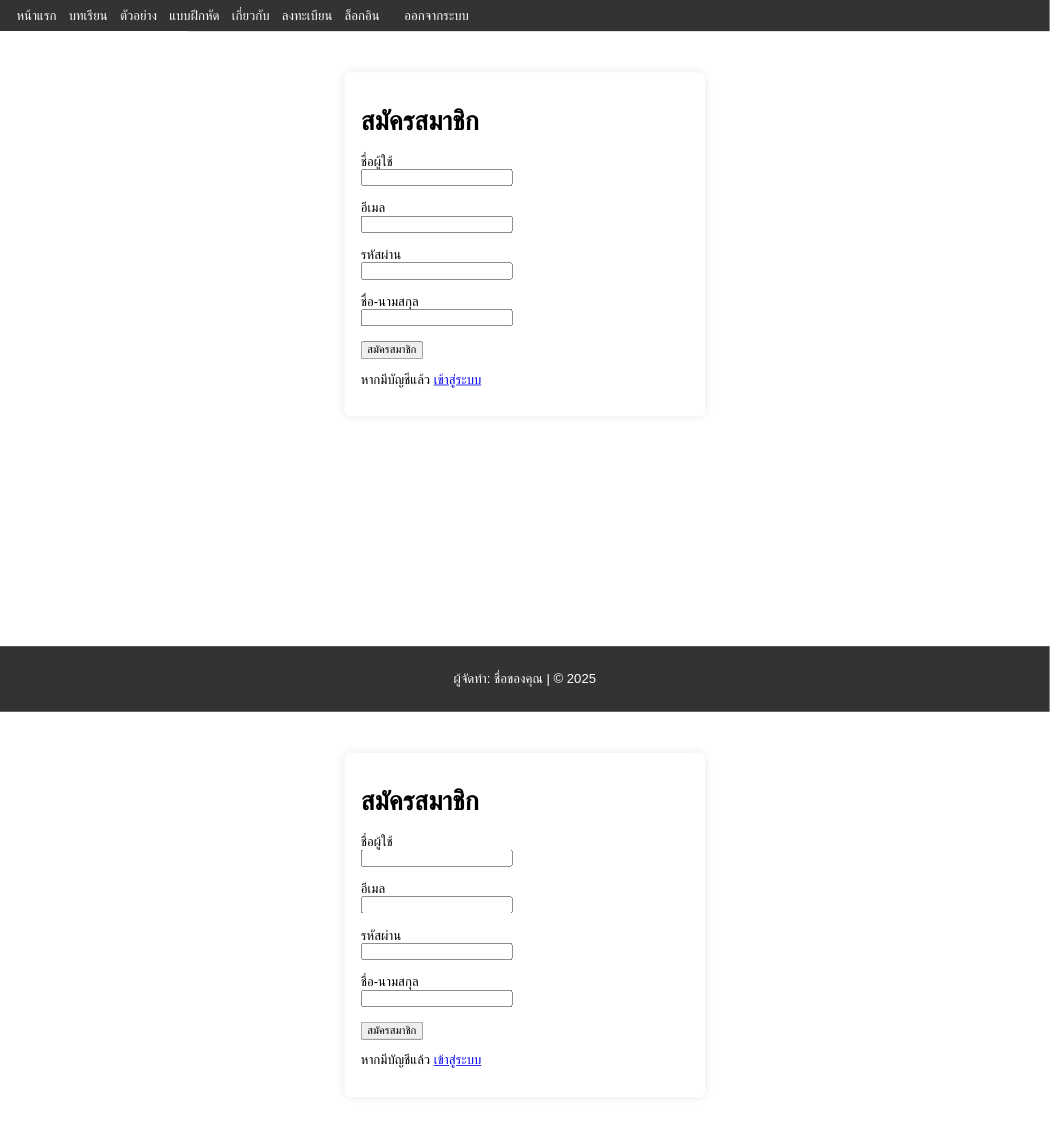
Repository: staggil/thesis
Page: register.html
An editor plug-in stored every save of this project. The page is shown before and after the next save, followed by the edit.
The browser window is 1280 px wide. The pictures show the whole page, at 82% of full size.
The page's requests for data from a server got no answer.

Above is the page before, as saved 2025-12-09 06:28:55.

### register.html
<!DOCTYPE html>
<html lang="th">
<head>
    <meta charset="UTF-8">
    <meta name="viewport" content="width=device-width, initial-scale=1.0">
    <title>สมัครสมาชิก - เว็บไซต์สอนเขียนโปรแกรม</title>
    <link rel="stylesheet" href="style.css">
    <script src="script.js" defer></script>
</head>
<body data-sidebar="components/empty.html" class="register-page">

    <!-- Header -->
    <div id="header-placeholder"></div>

    <!-- Sidebar -->
    <div id="sidebar-placeholder"></div>

    <!-- Content -->
    <main id="main-content">
        <h1>สมัครสมาชิก</h1>
        <form id="register-form">
            <label for="username">ชื่อผู้ใช้</label><br>
            <input type="text" id="username" name="username" required><br><br>

            <label for="email">อีเมล</label><br>
            <input type="email" id="email" name="email" required><br><br>

            <label for="password">รหัสผ่าน</label><br>
            <input type="password" id="password" name="password" required><br><br>

            <label for="fullname">ชื่อ-นามสกุล</label><br>
            <input type="text" id="fullname" name="fullname" required><br><br>

            <button type="submit">สมัครสมาชิก</button>
        </form>
        <p id="register-error" style="color:red; display:none;"></p>
        <p>หากมีบัญชีแล้ว <a href="login.html">เข้าสู่ระบบ</a></p>
    </main>

    <!-- Footer -->
    <div id="footer-placeholder"></div>

    <script>
  document.getElementById("register-form").addEventListener("submit", async (e) => {
    e.preventDefault();

    const username = document.getElementById("username").value.trim();
    const password = document.getElementById("password").value;
    const fullname = document.getElementById("fullname").value.trim();
    const email = document.getElementById("email").value.trim(); // เพิ่ม

    if (!username || !password || !fullname || !email) { // ตรวจ email ด้วย
        const err = document.getElementById("register-error");
        err.style.display = "block";
        err.textContent = "กรุณากรอกข้อมูลให้ครบทุกช่อง";
        return;
    }

    try {
        const res = await fetch("/register", {
            method: "POST",
            headers: { "Content-Type": "application/json" },
            body: JSON.stringify({ username, email, password, fullname }) // ส่ง email ด้วย
        });

        const data = await res.json();

        const err = document.getElementById("register-error");
        if (data.success) {
            err.style.display = "none";
            alert(data.message);
            window.location.href = "/login.html"; // redirect ไปหน้า login
        } else {
            err.style.display = "block";
            err.textContent = data.message;
        }

    } catch (error) {
        console.error("Error:", error);
        const err = document.getElementById("register-error");
        err.style.display = "block";
        err.textContent = "เกิดข้อผิดพลาดในการเชื่อมต่อเซิร์ฟเวอร์";
    }
});
    </script>

</body>
</html>
<!DOCTYPE html>
<html lang="th">
<head>
    <meta charset="UTF-8">
    <meta name="viewport" content="width=device-width, initial-scale=1.0">
    <title>สมัครสมาชิก - เว็บไซต์สอนเขียนโปรแกรม</title>
    <link rel="stylesheet" href="style.css">
    <script src="script.js" defer></script>
</head>
<body data-sidebar="components/empty.html" class="register-page">

    <!-- Header -->
    <div id="header-placeholder"></div>

    <!-- Sidebar -->
    <div id="sidebar-placeholder"></div>

    <!-- Content -->
    <main id="main-content">
        <h1>สมัครสมาชิก</h1>
        <form id="register-form">
            <label for="username">ชื่อผู้ใช้</label><br>
            <input type="text" id="username" name="username" required><br><br>

            <label for="email">อีเมล</label><br>
            <input type="email" id="email" name="email" required><br><br>

            <label for="password">รหัสผ่าน</label><br>
            <input type="password" id="password" name="password" required><br><br>

            <label for="fullname">ชื่อ-นามสกุล</label><br>
            <input type="text" id="fullname" name="fullname" required><br><br>

            <button type="submit">สมัครสมาชิก</button>
        </form>
        <p id="register-error" style="color:red; display:none;"></p>
        <p>หากมีบัญชีแล้ว <a href="login.html">เข้าสู่ระบบ</a></p>
    </main>

    <!-- Footer -->
    <div id="footer-placeholder"></div>

    <script>
  document.getElementById("register-form").addEventListener("submit", async (e) => {
    e.preventDefault();

    const username = document.getElementById("username").value.trim();
    const password = document.getElementById("password").value;
    const fullname = document.getElementById("fullname").value.trim();
    const email = document.getElementById("email").value.trim(); // เพิ่ม

    if (!username || !password || !fullname || !email) { // ตรวจ email ด้วย
        const err = document.getElementById("register-error");
        err.style.display = "block";
        err.textContent = "กรุณากรอกข้อมูลให้ครบทุกช่อง";
        return;
    }

    try {
        const res = await fetch("/register", {
            method: "POST",
            headers: { "Content-Type": "application/json" },
            body: JSON.stringify({ username, email, password, fullname }) // ส่ง email ด้วย
        });

        const data = await res.json();

        const err = document.getElementById("register-error");
        if (data.success) {
            err.style.display = "none";
            alert(data.message);
            window.location.href = "/login.html"; // redirect ไปหน้า login
        } else {
            err.style.display = "block";
            err.textContent = data.message;
        }

    } catch (error) {
        console.error("Error:", error);
        const err = document.getElementById("register-error");
        err.style.display = "block";
        err.textContent = "เกิดข้อผิดพลาดในการเชื่อมต่อเซิร์ฟเวอร์";
    }
});
    </script>

</body>
</html>

### style.css
/* =========================
   Reset & Body
   ========================= */
body {
    margin: 0;
    font-family: Arial, sans-serif;
    box-sizing: border-box;
}

/* =========================
   Header
   ========================= */
header {
    background-color: #333;
    color: white;
    padding: 10px 20px;
}

.navbar ul {
    list-style: none;
    display: flex;
    gap: 15px;
    padding: 0;
    margin: 0;
}

.navbar ul li a {
    color: white;
    text-decoration: none;
}

/* =========================
   Sidebar
   ========================= */
#sidebar {
    width: 200px;               /* กำหนดความกว้าง */
    background-color: #f4f4f4;  /* สีพื้นหลัง */
    padding: 15px;              /* ระยะขอบภายใน */
    float: left;                /* ลอยซ้าย */
    height: 100vh;              /* ความสูงเต็มหน้าจอ */
    overflow-y: auto;           /* scroll ถ้ายาวเกิน */
}

#sidebar ul {
    list-style: none;
    padding: 0;
}

#sidebar ul li {
    margin-bottom: 10px;
}

#sidebar ul li a {
    text-decoration: none;
    color: #333;
    display: block;
    padding: 8px;
    border-radius: 4px;
    transition: background 0.3s;
}

#sidebar ul li a:hover {
    background-color: #ddd;
}

/* =========================
   Main Content
   ========================= */
#main-content {
    padding: 20px;          /* ระยะขอบภายใน */
    margin-left: 300px;     /* เว้นระยะจาก sidebar (sidebar width + 20px) */
    max-width: 700px;
}

/* กรณีหน้า index.html ไม่มี sidebar */
body.index #main-content {
    margin-left: 0;
    max-width: 700px;        /* กว้างเท่ากับหน้าที่มี sidebar */
    margin: 0 auto;          /* จัด content กลางหน้า */
}

/* =========================
   Footer
   ========================= */
footer {
    clear: both;
    background-color: #333;
    color: white;
    text-align: center;
    padding: 15px;
    position: relative;
}

/* =========================
   Responsive (มือถือ)
   ========================= */
@media screen and (max-width: 768px) {
    #sidebar {
        width: 100%;
        height: auto;
        float: none;
    }
    #main-content {
        margin-left: 0;
        padding: 15px;
    }

    .navbar ul {
        flex-direction: column;
        gap: 5px;
    }
}

/* =========================
   Empty sidebar
   ========================= */
#sidebar.empty-sidebar {
    background-color: #fff;   /* สีเดียวกับ container */
           /* คง padding เดิมถ้าอยากให้ layoutเหมือนหน้าที่มี sidebar */
    /* อย่าแก้ width หรือ float */
}

/* หน้า login ให้ layout อยู่กลางและสวยขึ้น */
body.login-page #main-content {
    max-width: 400px;       /* กว้างแค่พอ form */
    margin: 50px auto;      /* จัดกลางแนวนอนและเว้นบน */
    padding: 20px;
    background-color: #fff; /* เหมือน container */
    border-radius: 8px;
    box-shadow: 0 0 10px rgba(0,0,0,0.1);
}



/* หน้า register ให้ layout อยู่กลางเหมือน login */
body.register-page #main-content {
    max-width: 400px;          /* กว้างพอ form */
    margin: 50px auto;         /* จัดกลางหน้า */
    padding: 20px;
    background-color: #fff;    /* เหมือน container */
    border-radius: 8px;
    box-shadow: 0 0 10px rgba(0,0,0,0.1);
}

### script.js
function loadComponent(filePath, elementId) {
    if (!filePath) return;
    const el = document.getElementById(elementId);
    if (!el) {
        console.error(`ไม่พบ element id="${elementId}"`);
        return;
    }
    fetch(filePath)
        .then(response => {
            if (!response.ok) throw new Error("ไม่พบไฟล์ " + filePath);
            return response.text();
        })
        .then(data => {
            el.innerHTML = data;

            // หลังโหลด header ให้ตรวจสอบ session
            if (elementId === "header-placeholder") {
                updateHeaderLoginStatus();
            }
        })
        .catch(error => console.error(error));
}

// ฟังก์ชันตรวจสอบ login
function updateHeaderLoginStatus() {
    fetch("/me")
        .then(res => res.json())
        .then(user => {
            if (user.username) {
                // login แล้ว
                document.querySelectorAll(".login-only").forEach(el => el.style.display = "none");
                document.querySelectorAll(".user-only").forEach(el => el.style.display = "block");
                document.getElementById("username-display").textContent = user.fullname;

                // เพิ่ม listener logout
                const logoutLink = document.getElementById("logout-link");
                if (logoutLink) {
                    logoutLink.addEventListener("click", async (e) => {
                        e.preventDefault();
                        await fetch("/logout", { method: "POST" });
                        updateHeaderLoginStatus(); // รีเฟรชเมนู
                        window.location.href = "/login.html";
                    });
                }

            } else {
                // ยังไม่ได้ login
                document.querySelectorAll(".login-only").forEach(el => el.style.display = "block");
                document.querySelectorAll(".user-only").forEach(el => el.style.display = "none");
            }
        })
        .catch(err => console.error(err));
}

document.addEventListener("DOMContentLoaded", function() {
    loadComponent("/components/header.html", "header-placeholder");
    loadComponent("/components/footer.html", "footer-placeholder");

    const sidebarFile = document.body.getAttribute("data-sidebar");
    loadComponent(sidebarFile, "sidebar-placeholder");

    // ตรวจสอบ exercise links หลังจากโหลด header เสร็จ
    const checkExerciseLinks = () => {
        const exerciseLinks = document.querySelectorAll("a[href^='/exercises/']");
        exerciseLinks.forEach(link => {
            link.addEventListener("click", async (e) => {
                e.preventDefault();
                const res = await fetch("/me");
                const user = await res.json();
                if (!user.username) {
                    const goLogin = confirm("คุณต้อง login ก่อนเข้าแบบฝึกหัด\nไปหน้า Login ตอนนี้หรือไม่?");
                    if (goLogin) window.location.href = "/login.html";
                } else {
                    window.location.href = link.href;
                }
            });
        });
    };

    // รอ header โหลดเสร็จแล้วค่อย bind
    const headerInterval = setInterval(() => {
        if (document.getElementById("header-placeholder").children.length > 0) {
            clearInterval(headerInterval);
            checkExerciseLinks();
        }
    }, 50);
});

### components/header.html
<header>
   <nav class="navbar">
        <ul id="nav-items">
            <li><a href="/index.html">หน้าแรก</a></li>
            <li><a href="/lessons/intro.html">บทเรียน</a></li>
            <li><a href="/examples/draw-rect.html">ตัวอย่าง</a></li>
            <li><a href="/exercises/exercise1.html">แบบฝึกหัด</a></li>
            <li><a href="/about/about.html">เกี่ยวกับ</a></li>
            <li class="login-only"><a href="/register.html">ลงทะเบียน</a></li>
            <li class="login-only"><a href="/login.html">ล็อกอิน</a></li>
            <li class="user-only"><span id="username-display"></span></li>
            <li class="user-only"><a href="#" id="logout-link">ออกจากระบบ</a></li>
        </ul>
    </nav>
</header>

### components/footer.html
<footer>
    <p>ผู้จัดทำ: ชื่อของคุณ | © 2025</p>
</footer>

### components/empty.html
<aside id="sidebar" class="empty-sidebar">
    <ul>

    </ul>
</aside>

After the next save:
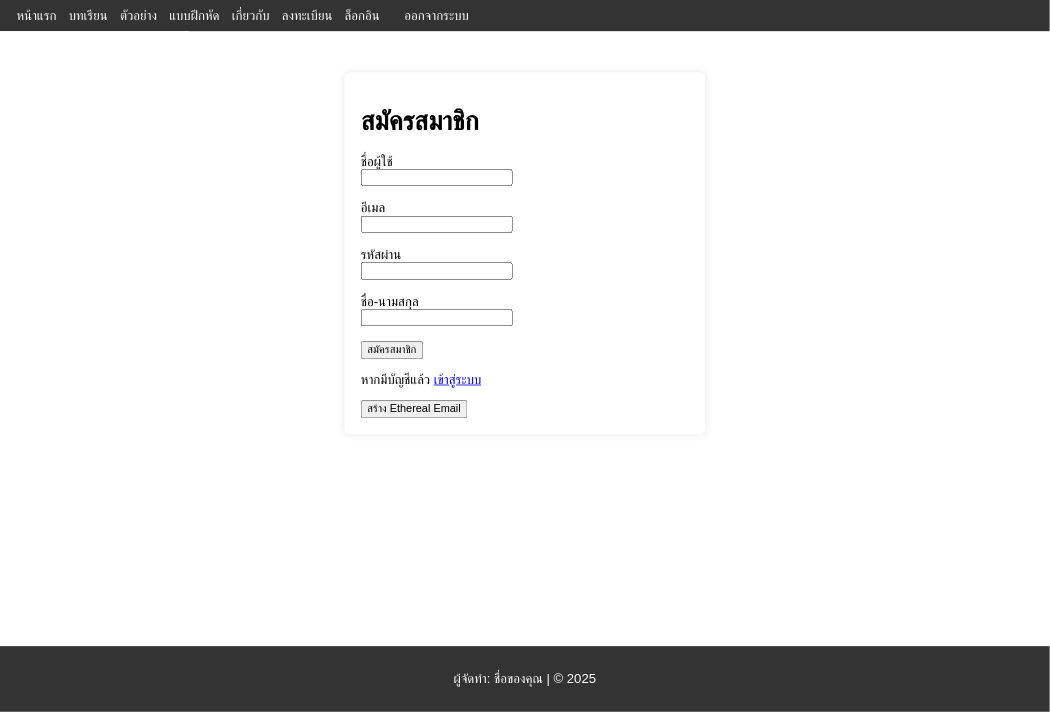
Saved 90 min 33 s later.
--- a/register.html
+++ b/register.html
@@ -35,6 +35,25 @@
         </form>
         <p id="register-error" style="color:red; display:none;"></p>
         <p>หากมีบัญชีแล้ว <a href="login.html">เข้าสู่ระบบ</a></p>
+
+
+
+        <button id="create-email-btn" style="display:none">สร้าง Ethereal Email</button>
+
+        <script>
+            const enableButton = true; // หรือส่งมาจาก server
+                if(enableButton) {
+                document.getElementById("create-email-btn").style.display = "block";
+                }
+
+                document.getElementById("create-email-btn").addEventListener("click", async () => {
+                const res = await fetch("/create-ethereal", { method: "POST" });
+                const data = await res.json();
+                alert("Ethereal user: " + data.user);
+                });
+        </script>
+
+
     </main>
 
     <!-- Footer -->
@@ -86,91 +105,3 @@
 
 </body>
 </html>
-<!DOCTYPE html>
-<html lang="th">
-<head>
-    <meta charset="UTF-8">
-    <meta name="viewport" content="width=device-width, initial-scale=1.0">
-    <title>สมัครสมาชิก - เว็บไซต์สอนเขียนโปรแกรม</title>
-    <link rel="stylesheet" href="style.css">
-    <script src="script.js" defer></script>
-</head>
-<body data-sidebar="components/empty.html" class="register-page">
-
-    <!-- Header -->
-    <div id="header-placeholder"></div>
-
-    <!-- Sidebar -->
-    <div id="sidebar-placeholder"></div>
-
-    <!-- Content -->
-    <main id="main-content">
-        <h1>สมัครสมาชิก</h1>
-        <form id="register-form">
-            <label for="username">ชื่อผู้ใช้</label><br>
-            <input type="text" id="username" name="username" required><br><br>
-
-            <label for="email">อีเมล</label><br>
-            <input type="email" id="email" name="email" required><br><br>
-
-            <label for="password">รหัสผ่าน</label><br>
-            <input type="password" id="password" name="password" required><br><br>
-
-            <label for="fullname">ชื่อ-นามสกุล</label><br>
-            <input type="text" id="fullname" name="fullname" required><br><br>
-
-            <button type="submit">สมัครสมาชิก</button>
-        </form>
-        <p id="register-error" style="color:red; display:none;"></p>
-        <p>หากมีบัญชีแล้ว <a href="login.html">เข้าสู่ระบบ</a></p>
-    </main>
-
-    <!-- Footer -->
-    <div id="footer-placeholder"></div>
-
-    <script>
-  document.getElementById("register-form").addEventListener("submit", async (e) => {
-    e.preventDefault();
-
-    const username = document.getElementById("username").value.trim();
-    const password = document.getElementById("password").value;
-    const fullname = document.getElementById("fullname").value.trim();
-    const email = document.getElementById("email").value.trim(); // เพิ่ม
-
-    if (!username || !password || !fullname || !email) { // ตรวจ email ด้วย
-        const err = document.getElementById("register-error");
-        err.style.display = "block";
-        err.textContent = "กรุณากรอกข้อมูลให้ครบทุกช่อง";
-        return;
-    }
-
-    try {
-        const res = await fetch("/register", {
-            method: "POST",
-            headers: { "Content-Type": "application/json" },
-            body: JSON.stringify({ username, email, password, fullname }) // ส่ง email ด้วย
-        });
-
-        const data = await res.json();
-
-        const err = document.getElementById("register-error");
-        if (data.success) {
-            err.style.display = "none";
-            alert(data.message);
-            window.location.href = "/login.html"; // redirect ไปหน้า login
-        } else {
-            err.style.display = "block";
-            err.textContent = data.message;
-        }
-
-    } catch (error) {
-        console.error("Error:", error);
-        const err = document.getElementById("register-error");
-        err.style.display = "block";
-        err.textContent = "เกิดข้อผิดพลาดในการเชื่อมต่อเซิร์ฟเวอร์";
-    }
-});
-    </script>
-
-</body>
-</html>
